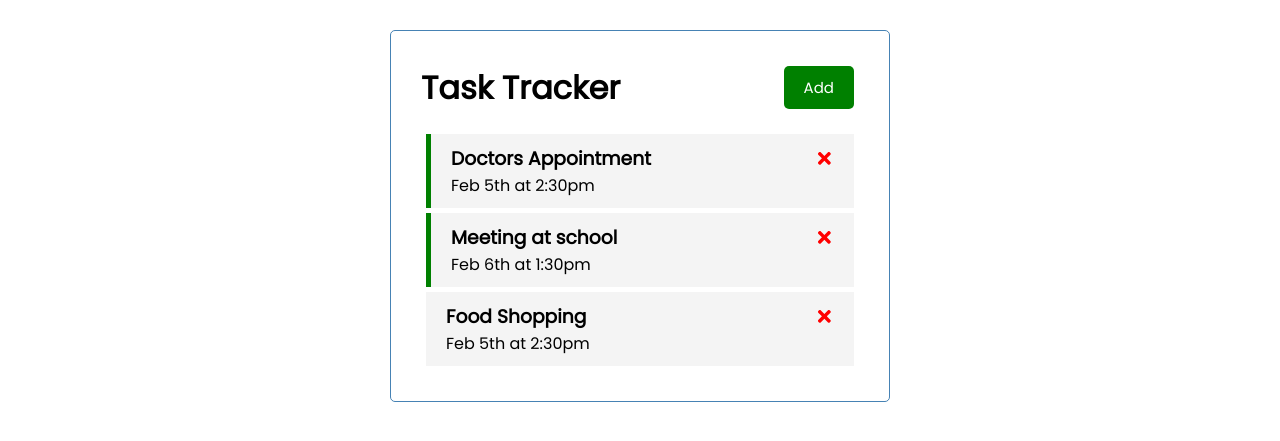
Repository: solutionsforeverything/React-task-tracker
Page: /
The author's editor kept a copy of each file at every save. The page is drawn from the files as they stood at one save, then again after a run of saves.
The browser window is 1280 px wide. The pictures show the whole page.
The project was rebuilt for these pictures with package versions that can differ from the ones it lists, and the page was loaded fresh each time. Also part of the build but not shown: src/Components/AddTask.js.

Above is the page before, as saved 2021-02-26 15:36:54.

### src/index.css
@import url('https://fonts.googleapis.com/css2?family=Poppins:wght@300;400&display=swap');

* {
  box-sizing: border-box;
  margin: 0;
  padding: 0;
}

body {
  font-family: 'Poppins', sans-serif;
}

.container {
  max-width: 500px;
  margin: 30px auto;
  overflow: auto;
  min-height: 300px;
  border: 1px solid steelblue;
  padding: 30px;
  border-radius: 5px;
}

.header {
  display: flex;
  justify-content: space-between;
  align-items: center;
  margin-bottom: 20px;
}

.btn {
  display: inline-block;
  background: #000;
  color: #fff;
  border: none;
  padding: 10px 20px;
  margin: 5px;
  border-radius: 5px;
  cursor: pointer;
  text-decoration: none;
  font-size: 15px;
  font-family: inherit;
}

.btn:focus {
  outline: none;
}

.btn:active {
  transform: scale(0.98);
}

.btn-block {
  display: block;
  width: 100%;
}

.task {
  background: #f4f4f4;
  margin: 5px;
  padding: 10px 20px;
  cursor: pointer;
}

.task.reminder {
  border-left: 5px solid green;
}

.task h3 {
  display: flex;
  align-items: center;
  justify-content: space-between;
}

.add-form {
  margin-bottom: 40px;
}

.form-control {
  margin: 20px 0;
}

.form-control label {
  display: block;
}

.form-control input {
  width: 100%;
  height: 40px;
  margin: 5px;
  padding: 3px 7px;
  font-size: 17px;
}

.form-control-check {
  display: flex;
  align-items: center;
  justify-content: space-between;
}

.form-control-check label {
  flex: 1;
}

.form-control-check input {
  flex: 2;
  height: 20px;
}

footer {
  margin-top: 30px;
  text-align: center;
}

### src/App.js
import React from 'react';
import {useState} from 'react';
import AddTask from './Components/AddTask';
import Header from './Components/Header';
import Tasks from './Components/Tasks';
function App() {
  const[ShowAddTask,setShowAddTask]=useState(false);
  const [tasks,setTasks]=useState([
    {
       id:1,
       text:'Doctors Appointment',
       day:'Feb 5th at 2:30pm',
       reminder:true,
    },
    {
        id:2,
        text:'Meeting at school',
        day:'Feb 6th at 1:30pm',
        reminder:true,
     },
     {
        id:3,
        text:'Food Shopping',
        day:'Feb 5th at 2:30pm',
        reminder:false,
     },
]);

//Delete Task
const deleteTask=(id)=>{

  setTasks(tasks.filter((task)=>task.id!==id));
}

const toggleRemainder=(id)=>{

  setTasks(tasks.map((task)=>task.id===id?
  {...task,reminder:!task.reminder} : task))
}
//Add Task
const addTask=(task)=>
{
  const id=Math.floor(Math.random()*10000)+1;

  const newTask={id,...task}

  setTasks([...tasks,newTask]);
}
  return (
    <div className="container">
      <Header title='Task Tracker' onAdd={()=>setShowAddTask(!ShowAddTask)} showAdd={ShowAddTask}/>

      {ShowAddTask && <AddTask onAdd={addTask}/>}

       {tasks.length>0 ? <Tasks tasks={tasks} onDelete={deleteTask} onToggle={toggleRemainder}/>:"No Tasks to Show"}
    </div>
  );
}

export default App;

### src/Components/Header.js
import PropTypes from 'prop-types';
import Button from './Button';

const Header = ({title,onAdd,showAdd}) => {

    return (
        <header className="header">
            <h1>{title}</h1>
            <Button color="green" text={showAdd?'Close':'Add'} onClick={onAdd}/>

        </header>
     );
}

Header.defaultProps = {
    title: 'Task Tracker'
  };


Header.propTypes={
title:PropTypes.string.isRequired,
}

//const headerStyle={color:'red', backgroundColor:'yellow'};
export default Header;

### src/Components/Tasks.js
import Task from "./Task";
const Tasks = ({tasks,onDelete,onToggle}) => {

    return (
        <>
            {
                tasks.map((task)=>(
                    <Task key={task.id} task={task} onDelete={onDelete} onToggle={onToggle}/>
                ))
            }
        </>
    )
}

export default Tasks

### src/Components/Button.js
import PropTypes from 'prop-types'

const Button = ({color,text,onClick}) => {
    return (
    <button onClick={onClick} style={{backgroundColor:color}}className="btn">{text}</button>
    );
}
Button.defaultProps={
    color:"steelblue"
}

Button.propTypes = {
    text: PropTypes.string,
    color: PropTypes.string

  }


export default Button

### src/Components/Task.js
import React from 'react';
import {FaTimes} from 'react-icons/fa';

const Task = ({task,onDelete, onToggle}) => {
    return (
        <div className={`task ${task.reminder?'reminder':''}`}
        onDoubleClick={()=>onToggle(task.id)}>
           <h3>{task.text}<FaTimes style={{
               color:'red',
               cursor:'pointer'}}
               onClick={()=>onDelete(task.id)}
               /></h3>
           <p>{task.day}</p>
        </div>
    )
}

export default Task

Loaded but not shown: src/index.js (common file)

After the next 6 saves:
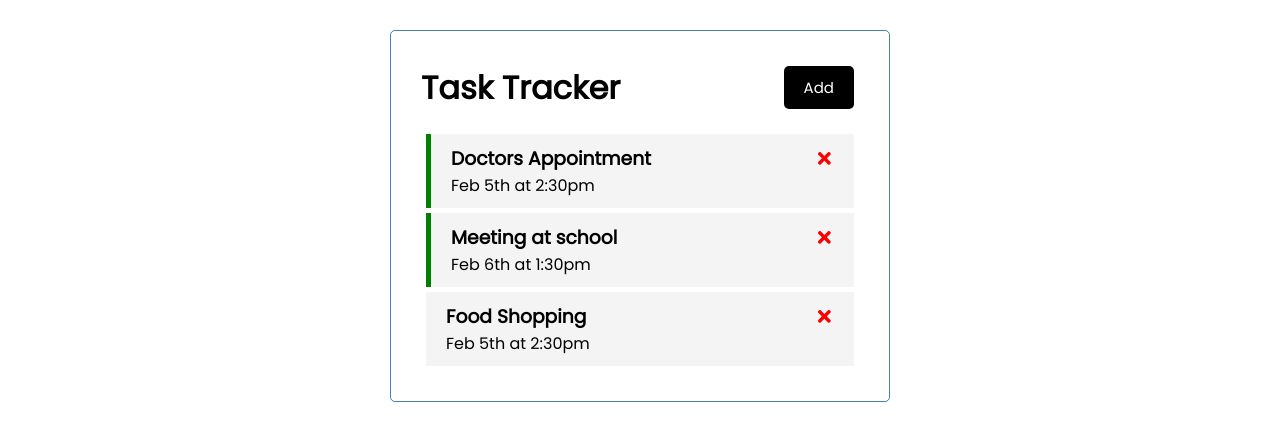
The 6 saves are shown as one change because 2 did not build or start and some came seconds apart.
The last was saved 31 s later.
--- a/src/Components/Header.js
+++ b/src/Components/Header.js
@@ -6,7 +6,7 @@
     return (
         <header className="header">
             <h1>{title}</h1>
-            <Button color="green" text={showAdd?'Close':'Add'} onClick={onAdd}/>
+            <Button color={showAdd?'red':'false'} text={showAdd?'Close':'Add'} onClick={onAdd}/>
 
         </header>
      );

After the save that followed:
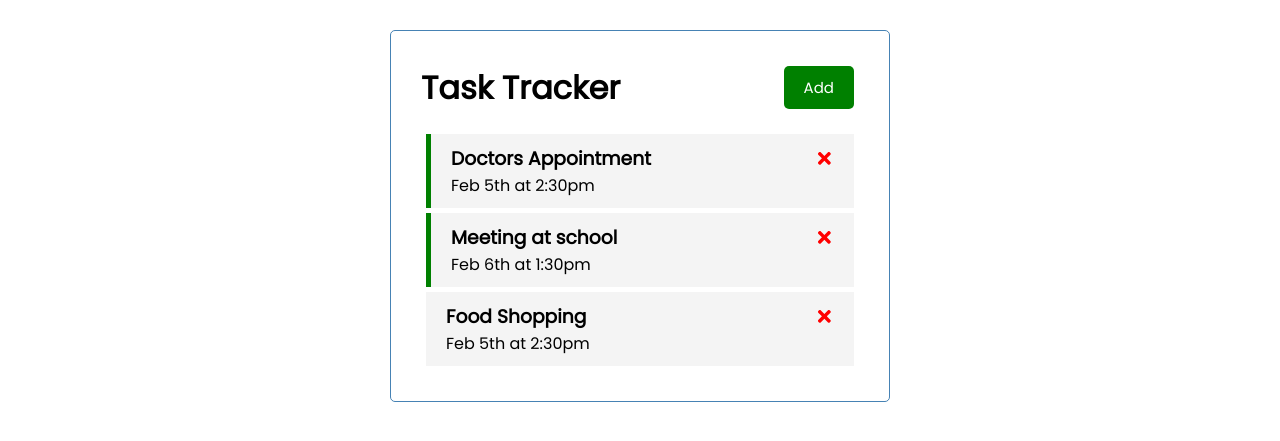
Saved 15 s later.
--- a/src/Components/Header.js
+++ b/src/Components/Header.js
@@ -6,7 +6,7 @@
     return (
         <header className="header">
             <h1>{title}</h1>
-            <Button color={showAdd?'red':'false'} text={showAdd?'Close':'Add'} onClick={onAdd}/>
+            <Button color={showAdd?'red':'green'} text={showAdd?'Close':'Add'} onClick={onAdd}/>
 
         </header>
      );
